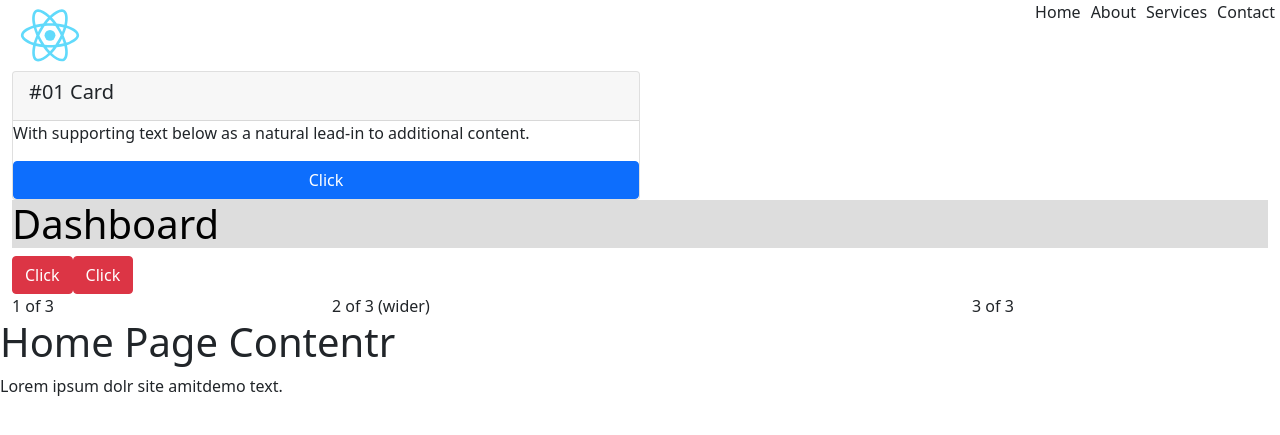
Repository: rudra319/react
Page: /
The author's editor kept a copy of each file at every save. The page is drawn from the files as they stood at one save, then again after the next save.
The browser window is 1280 px wide. The pictures show the whole page.
The project was rebuilt for these pictures with package versions that can differ from the ones it lists, and the page was loaded fresh each time. Also part of the build but not shown: src/App.css.

Above is the page before, as saved 2022-05-17 17:16:26.

### src/App.js
import logo from './logo.svg';
import './App.css';
import Header from './Header';
import { useState } from 'react';
import 'bootstrap/dist/css/bootstrap.min.css';
import Dashboard from './pages/dashboard/Dashboard';
import Chinmayee from './pages/dashboard/Chinmayee';
function App1() {
  const [cPage, setCPage] = useState("home")
  //console.log(cPage)
  return (
    <>
      <div>
        <Header setCPage={setCPage} />
      </div>
      <Chinmayee/>
      <Dashboard />
      {cPage !== "" && (cPage === 'home' || cPage === "Home") && (
        <>
          <h1>Home Page Contentr</h1>
          <p>Lorem ipsum dolr site amitdemo text.</p>
        </>
      )}
      {cPage === 'about' && (
        <>
          <h1>About Page Contentr</h1>
          <p>Lorem ipsum dolr site amitdemo text.</p>
        </>
      )}
      {cPage === 'products' && (
        <>
          <h1>Products Page Contentr</h1>
          <p>Lorem ipsum dolr site amitdemo text.</p>
        </>
      )}
      {cPage === 'services' && (
        <>
          <h1>Services Page Contentr</h1>
          <p>Lorem ipsum dolr site amitdemo text.</p>
        </>
      )}
      {cPage === 'contact' && (
        <>
          <h1>Contact Page Contentr</h1>
          <p>Lorem ipsum dolr site amitdemo text.</p>
        </>
      )}
    </>
  );
}

export default App1;

### src/Header.js
import React, {useState, useEffect} from 'react';
import logo from './logo.svg';
import Menu from './Menu';

function Header({setCPage = () => {}}) {

  // const [name, setName] = useState("");
  // let nameVar = "CSM Admin nameVar";
  // useEffect(() => {
  //   setName("CSM Admin name")
  //   nameVar = "Test"
  // },[]);


  return (
    <div>
      <a><img style={{width:'100px'}} src={logo} /></a>
      <Menu setCPage={setCPage} />
    </div>
  );
}

export default Header;

### src/pages/dashboard/Dashboard.jsx
import React, { useState } from 'react';
import {Button, Container, Row, Col} from 'react-bootstrap';
import Button1 from 'react-bootstrap/Button';
import './Dashboard.css'

export default function Dashboard (){

const [flag, setFlag] = useState(false);
    return(
        <Container fluid>
            <h1 className={flag ? "heading":'heading1'}>Dashboard</h1>
            <Button variant="danger" onClick={()=>setFlag(!flag)}>Click</Button>
            <Button1 variant="danger" onClick={()=>setFlag(!flag)}>Click</Button1>

            <Row>
                <Col>1 of 3</Col>
                <Col xs={6}>2 of 3 (wider)</Col>
                <Col>3 of 3</Col>
            </Row>
</Container>
    )

};

### src/pages/dashboard/Chinmayee.jsx
import React, { useState } from 'react';
import {Button, Container, Row, Col, Card, CardGroup} from 'react-bootstrap';
import Button1 from 'react-bootstrap/Button';
import CardHeader from 'react-bootstrap/esm/CardHeader';
import './Chinmayee.css'

export default function Chinmayee (){

const [flag, setFlag] = useState(false);
    return(
        <Container fluid>
            {/* <h1 className={flag ? "heading":'heading1'}>Chinmayee</h1>
            <Button variant="danger" onClick={()=>setFlag(!flag)}>Click</Button>
            <Button1 variant="danger" onClick={()=>setFlag(!flag)}>Click</Button1>
     */}
            <Row>
                <Col>
                    <Card className='w-50'>
                        <CardHeader>
                        <h5 class="card-title">#01 Card</h5>
                        </CardHeader>
                            <p class="card-text">With supporting text below as a natural lead-in to additional content.</p>
                            <Button variant="primary" onClick={()=>setFlag(!flag)}>Click</Button>
                    </Card>
                </Col>


            </Row>
</Container>
    )

};

### src/Menu.js
import MenuItem from './MenuItem';

function Menu({setCPage = () => {}}) {
  const menuData = [
    { label:"Home", link:"home"},
    { label:"About", link:"about"},
    { label:"Products"},
    { label:"Services", link:"services"},
    { label:"Contact", link:"contact"}
  ];

  return (
      <ul style={{float:'right', listStyle:'none'}}>
        {
          menuData && menuData !== [] && menuData.length > 0 && menuData.map((menuItem)=>{
            if(menuItem.link){
              return(<MenuItem menuItem={menuItem} setCPage={setCPage} />)
            }
          })
        }
      </ul>
  );
}

export default Menu;

### src/pages/dashboard/Dashboard.css
.heading{
    color: red;
    background: #DDDDDD;
}
.heading1{
    color: black;
    background: #DDDDDD;
}

### src/pages/dashboard/Chinmayee.css
.heading{
    color: red;
    background: #DDDDDD;
}
.heading1{
    color: black;
    background: #DDDDDD;
}

### src/MenuItem.js
import logo from './logo.svg';
import { useEffect } from 'react';

function MenuItem({menuItem = {}, setCPage = () => {}}) {
  const {label, link} = menuItem;

  const handleSetCPage = (e) => {
    if(e.target){
        setCPage(e.target.name);
    }
  }
  return (
    <>
      <li style={{display:'inline-block', margin: '0 5px'}}>
        <a onClick={(e)=>handleSetCPage(e)} name={link}>{label}</a>
      </li>
    </>
  );
}

export default MenuItem;

Loaded but not shown: public/index.html (common file); src/index.js (common file); src/index.css (common file); src/reportWebVitals.js (common file)

After the next save:
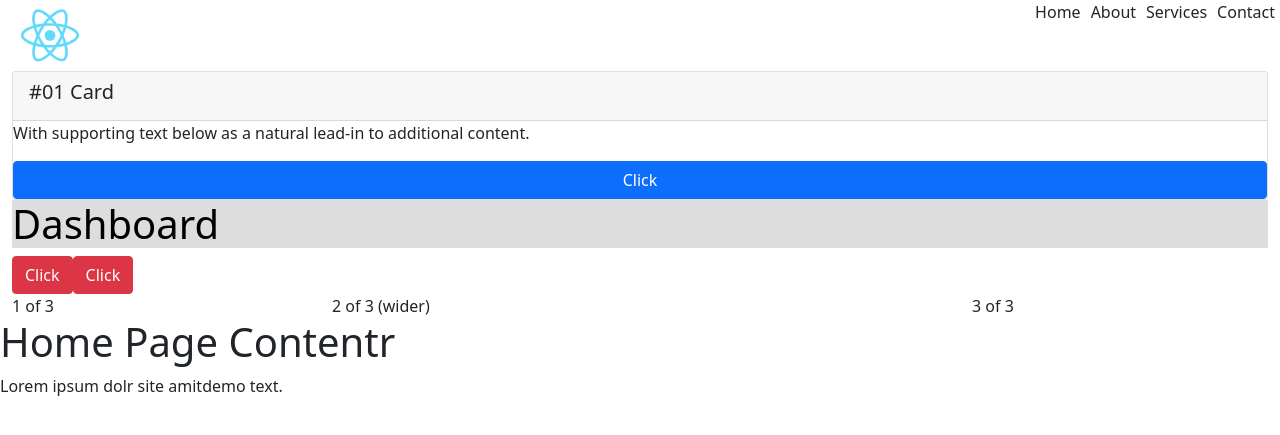
Saved 14 s later.
--- a/src/pages/dashboard/Chinmayee.jsx
+++ b/src/pages/dashboard/Chinmayee.jsx
@@ -15,7 +15,7 @@
      */}
             <Row>
                 <Col>
-                    <Card className='w-50'>
+                    <Card className='w-20'>
                         <CardHeader>
                         <h5 class="card-title">#01 Card</h5>
                         </CardHeader>

After the save that followed:
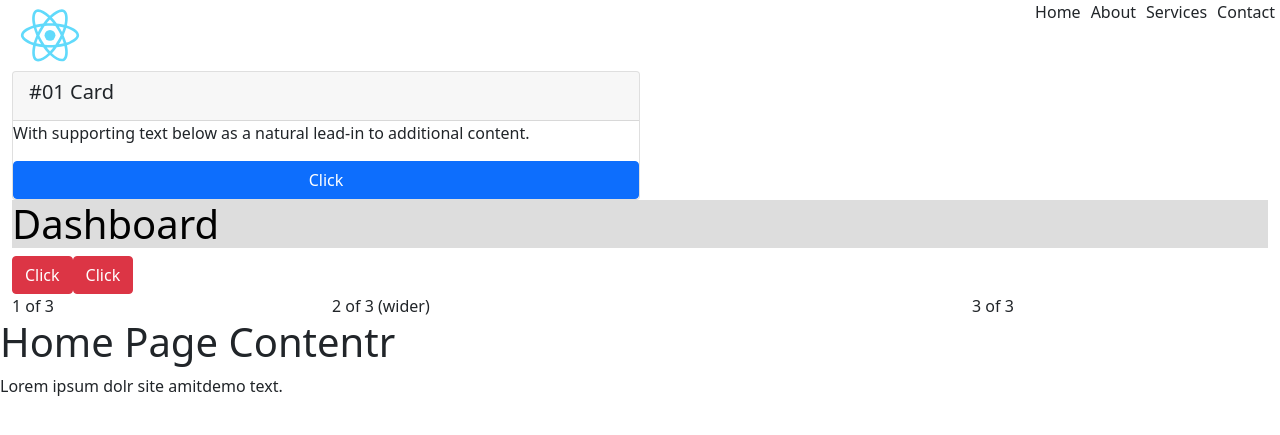
Saved 8 s later.
--- a/src/pages/dashboard/Chinmayee.jsx
+++ b/src/pages/dashboard/Chinmayee.jsx
@@ -15,7 +15,7 @@
      */}
             <Row>
                 <Col>
-                    <Card className='w-20'>
+                    <Card className='w-50'>
                         <CardHeader>
                         <h5 class="card-title">#01 Card</h5>
                         </CardHeader>
